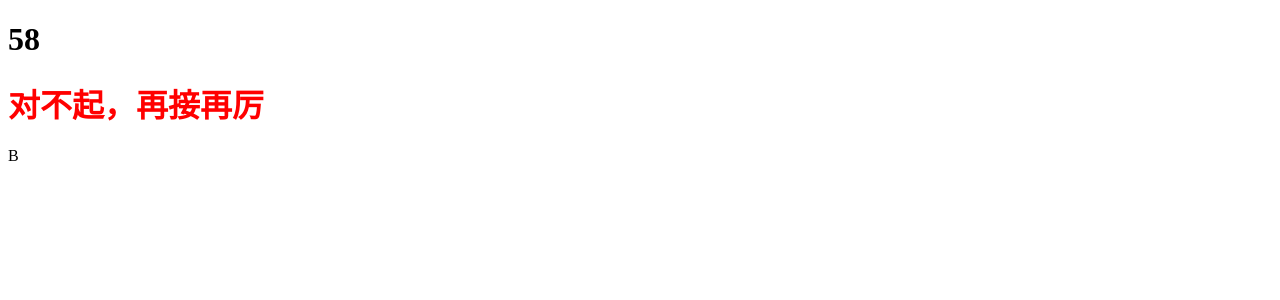
Repository: linqinyun/JavaCode
Page: http://localhost/jstl/jstl
These files come from the project's save history. The page is drawn as it stood at one moment and after the next save; the edit follows.
The browser window is 1280 px wide. The pictures show the whole page.
The page is served by Tomcat 9. Other server files are loaded and not shown.

Above is the page before, as saved 2020-11-16 07:12:09.

### jstl/WebContent/core.jsp
<%@ page language="java" contentType="text/html; charset=UTF-8"
    pageEncoding="UTF-8"%>
<%@ taglib uri = "http://java.sun.com/jsp/jstl/core" prefix="c" %>
<!DOCTYPE html>
<html>
<head>
<meta charset="UTF-8">
<title>Insert title here</title>
</head>
<body>
	<h1>${requestScope.score }</h1>
	<c:if test="${score>=60 }">
		<h1 style="color:green">恭喜你，你已通过测试</h1>
	</c:if>
	<c:if test="${score<60 }">
		<h1 style="color:red">对不起，再接再厉</h1>
	</c:if>

	<!-- choose when otherwise -->
	${grade }
	<c:choose>
		<c:when test="${grade == 'A' }">
			<h2>你很优秀</h2>
		</c:when>
	</c:choose>
</body>
</html>

### jstl/src/pers/java/jstl/Jstl.java
package pers.java.jstl;

import java.io.IOException;
import javax.servlet.ServletException;
import javax.servlet.annotation.WebServlet;
import javax.servlet.http.HttpServlet;
import javax.servlet.http.HttpServletRequest;
import javax.servlet.http.HttpServletResponse;

/**
 * Servlet implementation class Jstl
 */
@WebServlet("/jstl")
public class Jstl extends HttpServlet {
	private static final long serialVersionUID = 1L;

    /**
     * @see HttpServlet#HttpServlet()
     */
    public Jstl() {
        super();
        // TODO Auto-generated constructor stub
    }

	/**
	 * @see HttpServlet#doGet(HttpServletRequest request, HttpServletResponse response)
	 */
	protected void doGet(HttpServletRequest request, HttpServletResponse response) throws ServletException, IOException {
		request.setAttribute("score", 58);
		request.setAttribute("grade", "B");
		request.getRequestDispatcher("/core.jsp").forward(request, response);
	}

}

After the next save:
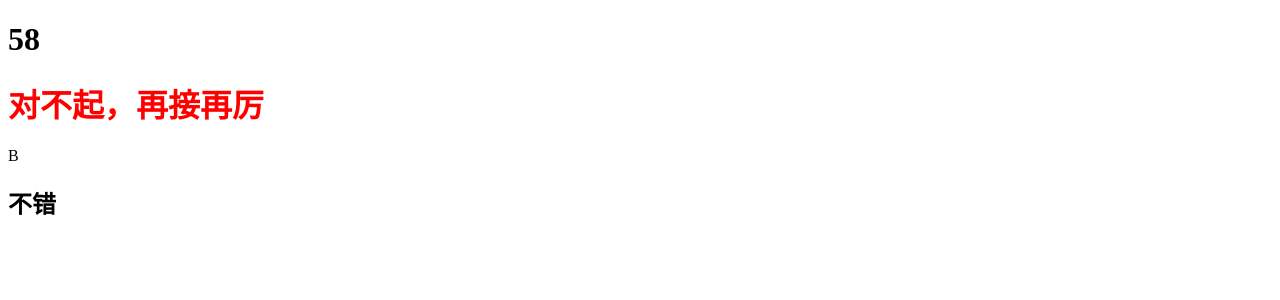
Saved 89 s later.
--- a/jstl/WebContent/core.jsp
+++ b/jstl/WebContent/core.jsp
@@ -22,6 +22,18 @@
 		<c:when test="${grade == 'A' }">
 			<h2>你很优秀</h2>
 		</c:when>
+				<c:when test="${grade == 'B' }">
+			<h2>不错</h2>
+		</c:when>
+				<c:when test="${grade == 'C' }">
+			<h2>水平一般，需要提高</h2>
+		</c:when>
+				<c:when test="${grade == 'D' }">
+			<h2>需要努力了</h2>
+		</c:when>
+		<c:otherwise>
+			<h2>一切随缘吧</h2>
+		</c:otherwise>
 	</c:choose>
 </body>
 </html>
